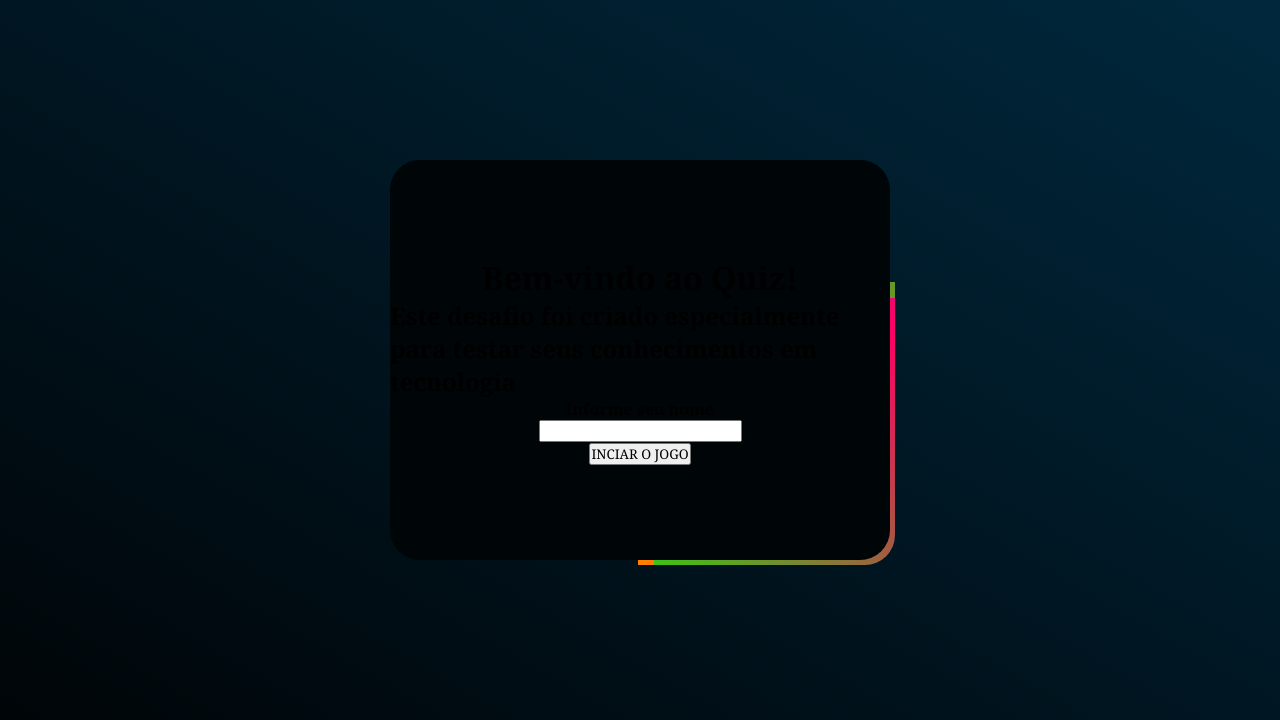
Repository: LaisSilvaO/Projeto-Quizz
Page: telas/apresentação.html
These files come from the project's save history. The page is drawn as it stood at one moment and after the next save; the edit follows.
The browser window is 1280 px wide. The pictures show the whole page.

Above is the page before, as saved 2024-12-25 20:07:08.

### telas/apresentação.html
<!DOCTYPE html>
<html lang="pt-br">

<head>
    <meta charset="UTF-8">
    <meta name="viewport" content="width=device-width, initial-scale=1.0">
    <title>Quiz</title>
    <link rel="stylesheet" href="../img/tela.css">
</head>

<body>
    <div class="box1">
        <div class="box2">
            <H1> Bem-vindo ao Quiz!</H1>

            <h2>Este desafio foi criado especialmente para testar seus conhecimentos em tecnologia


            </h2>
            <h4>Informe seu nome </h4>
            <input type="text" id="nome">
            <A href="index.html">
                <h4><button>INCIAR O JOGO</button></h4>
            </A>
        </div>
    </div>

</body>

</html>

### img/tela.css
* {
  margin: 0;
  padding: 0;
  box-sizing: border-box;
  font-family: Cambria, Cochin, Georgia, Times, 'Times New Roman', serif;
}

body {
  height: 100vh;
  display: flex;
  justify-content: center;
  align-items: center;
  background: linear-gradient(210deg, #00283d, #000508);
}

main {
  background-color: white;
  padding: 10px;
  border-radius: 10px;
  width: 100%;
  max-width: 600px;
  min-height: 400px;
  display: flex;
  justify-content: center;
  align-items: center;
}

.box1{
  position: relative;
  width: 510px;
  height: 410px;

  border-radius: 30px;
  display: flex;
  justify-content: center;
  align-items: center;
  flex-direction: column;
  overflow: hidden;

}
.box2 {
  position: relative;
  width: 500px;
  height: 400px;
  background-color: #000508;
  border-radius: 30px;
  display: flex;
  justify-content: center;
  align-items: center;
  flex-direction: column;
  overflow: hidden;
}

/* Borda animada externa */
.box1::before {
  content: '';
  position: absolute;
  top: 0;
  left: 0;
  width: 100%;
  height: 100%;
  border-radius: 30px;
  border: 16px solid transparent; /* Espessura da borda aumentada */
  background-image: linear-gradient(45deg, #00ff00, #ff0066, #0066ff, #ffcc00, hsl(15, 100%, 50%));
  background-size: 400%; /* Aumenta o tamanho da animação da borda */
  animation: borderAnimation 3s linear infinite;
  z-index: -1; /* Garante que a borda fique atrás do conteúdo */
}

@keyframes borderAnimation {
  0% {
    top: 0;
    left: 0;
}
25% {
    top: 0;
    left: 380px; /* Canto superior direito */
}
50% {
    top: 380px;
    left: 0; /* Canto inferior direito */
}
75% {
    top: 0px;
    left: 380px; /* Canto inferior esquerdo */
}
100% {
    top: 380px;
    left: 0px; /* Retorna ao canto superior esquerdo */
}
}

After the next save:
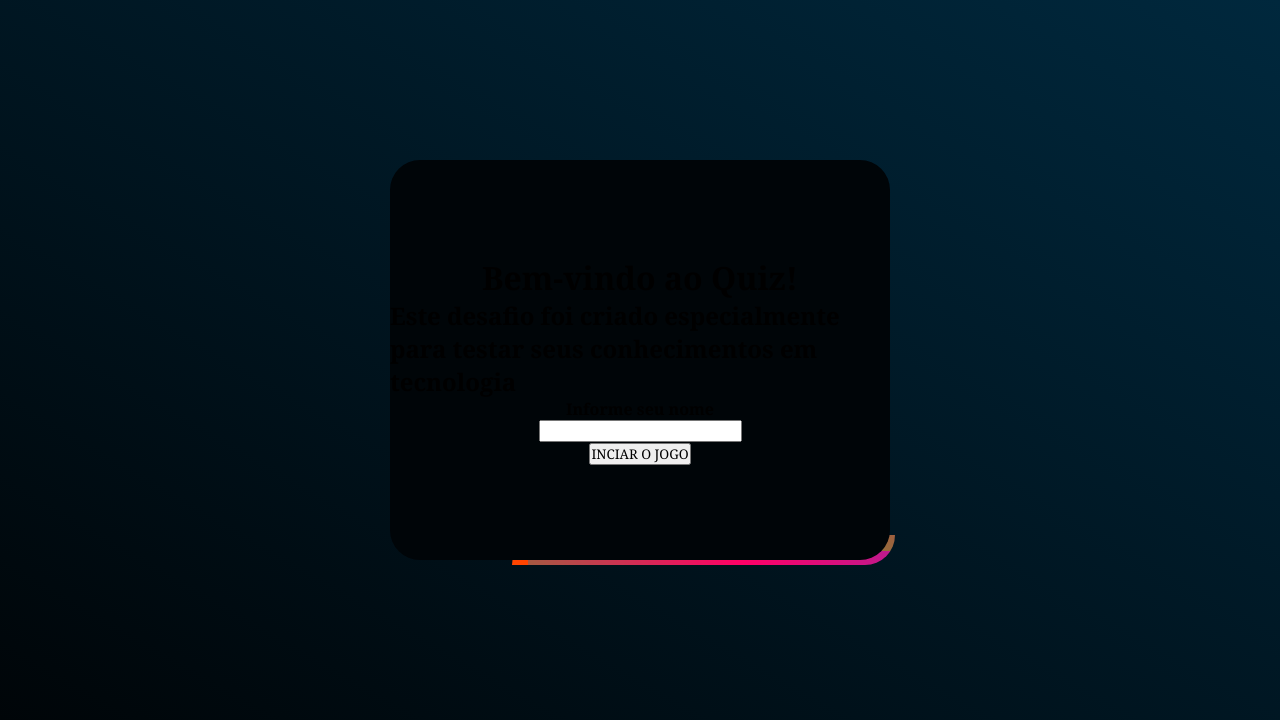
Saved 47 s later.
--- a/img/tela.css
+++ b/img/tela.css
@@ -78,14 +78,14 @@ main {
 }
 50% {
     top: 380px;
-    left: 0; /* Canto inferior direito */
+    left: 380px; /* Canto inferior direito */
 }
 75% {
-    top: 0px;
-    left: 380px; /* Canto inferior esquerdo */
+    top: 380px;
+    left: 0; /* Canto inferior esquerdo */
 }
 100% {
-    top: 380px;
-    left: 0px; /* Retorna ao canto superior esquerdo */
+    top: 0;
+    left: 0; /* Retorna ao canto superior esquerdo */
 }
 }
